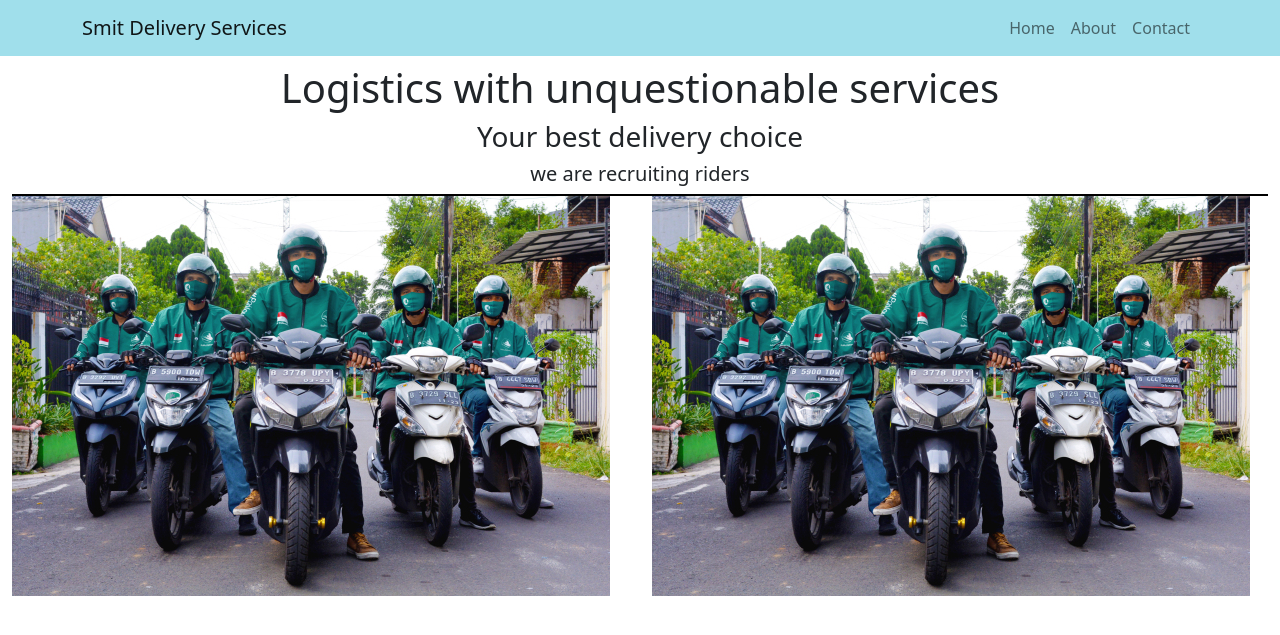
Repository: smit1298/logistic
Page: /
The author's editor kept a copy of each file at every save. The page is drawn from the files as they stood at one save, then again after the next save.
The browser window is 1280 px wide. The pictures show the whole page.
The project was rebuilt for these pictures with package versions that can differ from the ones it lists, and the page was loaded fresh each time.

Above is the page before, as saved 2021-10-04 02:52:31.

After the next save:
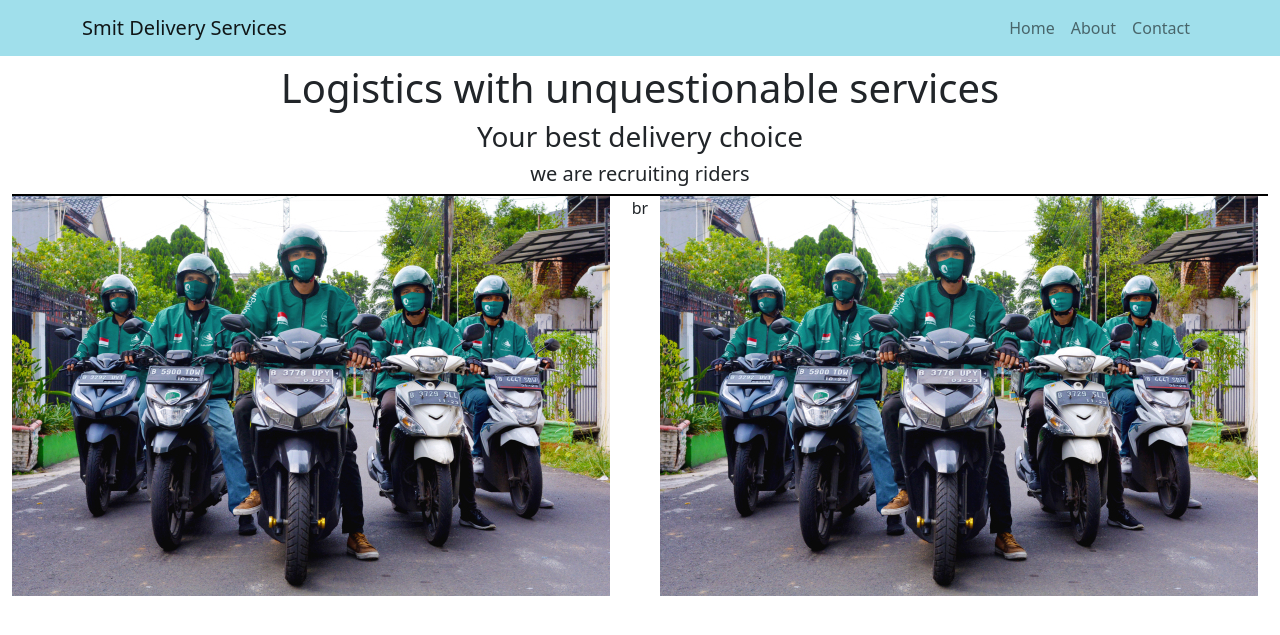
Saved 42 s later.
--- a/src/components/recruit/RecruitForm.jsx
+++ b/src/components/recruit/RecruitForm.jsx
@@ -13,7 +13,7 @@
         <h5 className="text-center">we are recruiting riders</h5>
       </div>
       <Row>
-        <Col><img src={Left} alt="" /></Col>
+        <Col><img src={Left} alt="" /></Col> br
         <Col><img src={Left} alt="" /></Col>
       </Row>
     </div>

After the 2 saves that followed:
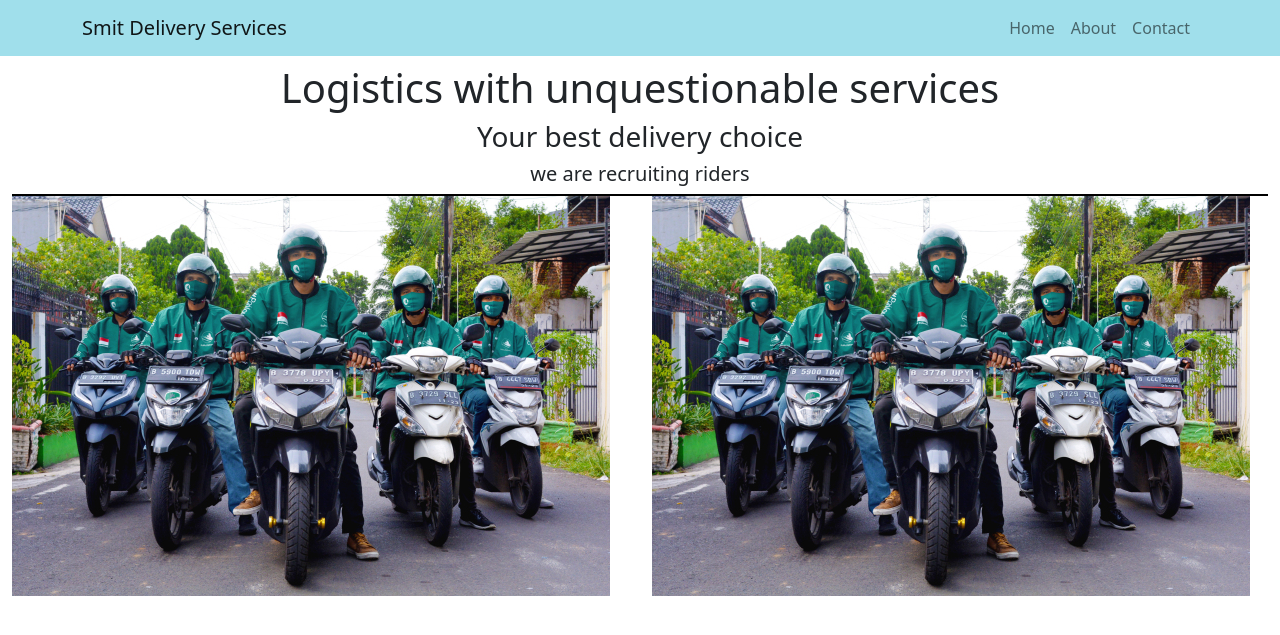
The 2 saves are shown as one change because they came seconds apart.
The last was saved 10 s later.
--- a/src/components/recruit/RecruitForm.jsx
+++ b/src/components/recruit/RecruitForm.jsx
@@ -13,7 +13,7 @@
         <h5 className="text-center">we are recruiting riders</h5>
       </div>
       <Row>
-        <Col><img src={Left} alt="" /></Col> br
+        <Col><img src={Left} alt="" /></Col> <br/>
         <Col><img src={Left} alt="" /></Col>
       </Row>
     </div>
